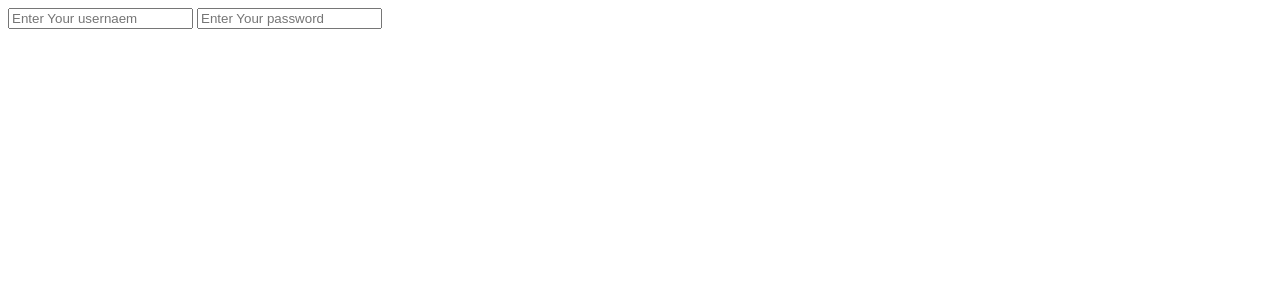
Repository: Rudra-Shiva74/JSP
Page: http://localhost/Check2/
The author's editor kept a copy of each file at every save. The page is drawn from the files as they stood at one save, then again after the next save.
The browser window is 1280 px wide. The pictures show the whole page.
The page is served by Tomcat 10. Other server files are loaded and not shown.

Above is the page before, as saved 2023-09-02 18:52:25.

### Check2/src/main/webapp/index.jsp
<%@ page language="java" contentType="text/html; charset=UTF-8"
	pageEncoding="UTF-8"%>
<!DOCTYPE html>
<html>
<head>
<meta charset="UTF-8">
<title>Login Here</title>
</head>
<body>
	<form action="Abhishek">
		<input type="text" placeholder="Enter Your usernaem" name="username" />
		<input type="password" placeholder="Enter Your password"
			name="password" />
	</form>
</body>
</html>

After the next save:
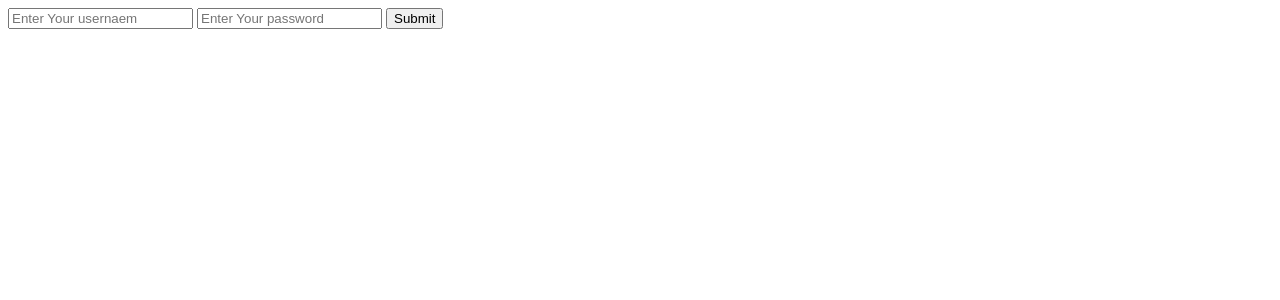
Saved 82 s later.
--- a/Check2/src/main/webapp/index.jsp
+++ b/Check2/src/main/webapp/index.jsp
@@ -10,7 +10,7 @@
 	<form action="Abhishek">
 		<input type="text" placeholder="Enter Your usernaem" name="username" />
 		<input type="password" placeholder="Enter Your password"
-			name="password" />
+			name="password" /> <input type="submit" />
 	</form>
 </body>
 </html>
